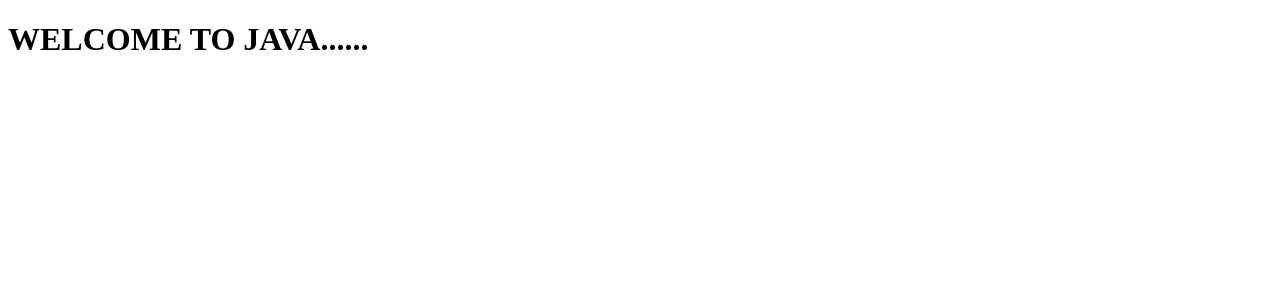
Repository: shzkhar/ISM_ADV_JAVA_23
Page: FirstWEBProject/src/main/webapp/Welcome.html
An editor plug-in stored every save of this project. The page is shown before and after the next save, followed by the edit.
The browser window is 1280 px wide. The pictures show the whole page.

Above is the page before, as saved 2023-03-28 09:42:29.

### FirstWEBProject/src/main/webapp/Welcome.html
<!DOCTYPE html>
<html>
<head>
<meta charset="UTF-8">
<title>Insert title here</title>
</head>
<body>
  <h1>WELCOME TO JAVA......</h1>
</body>
</html>

After the next save:
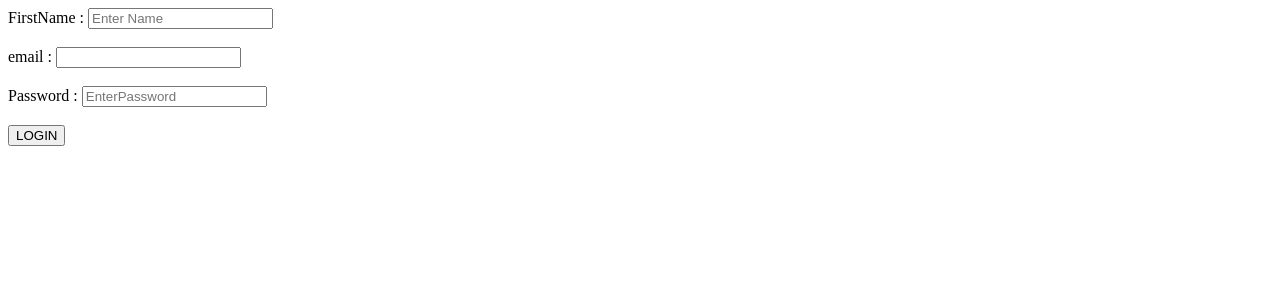
Saved 11 min 38 s later.
--- a/FirstWEBProject/src/main/webapp/Welcome.html
+++ b/FirstWEBProject/src/main/webapp/Welcome.html
@@ -5,6 +5,13 @@
 <title>Insert title here</title>
 </head>
 <body>
-  <h1>WELCOME TO JAVA......</h1>
+  <form action="" method="post">
+        FirstName : <input type="text" name="FirstName" placeholder="Enter Name"/> <br><br>
+        email : <input type="text" name="Email" palceholder="EnterEmail"/> <br><br>
+        Password : <input type="password" name="Password" placeholder="EnterPassword"/> <br><br>
+
+        <input type="submit" value="LOGIN">
+
+  </form>
 </body>
 </html>
